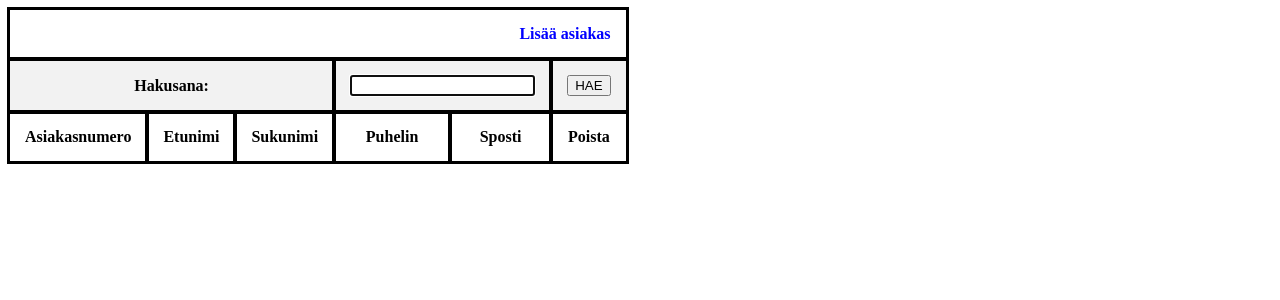
Repository: sstenu/Asiakasohjelma-ajaxilla
Page: http://localhost/FrontBack/listaaasiakkaat.jsp
These files come from the project's save history. The page is drawn as it stood at one moment and after the next save; the edit follows.
The browser window is 1280 px wide. The pictures show the whole page.
The page is served by Tomcat 9. Other server files are loaded and not shown.

Above is the page before, as saved 2021-11-25 16:01:20.

### FrontBack/src/main/webapp/listaaasiakkaat.jsp
<%@ page language="java" contentType="text/html; charset=ISO-8859-1"
    pageEncoding="ISO-8859-1"%>
<!DOCTYPE html>
<html>
<head>
<meta charset="ISO-8859-1">
<link rel="stylesheet" href="css/tyyli.css">
<script src="https://ajax.googleapis.com/ajax/libs/jquery/3.4.1/jquery.min.js"></script>
<title>tehtävä4</title>
</head>
<body>
<table id="listaus">
	<thead>
		<tr>
			<th colspan="6" class="oikealle"><span id="uusiAsiakas">Lisää asiakas</span></th>
		</tr>
		<tr>
			<th colspan="3">Hakusana:</th>
			<th colspan="2"><input type="text" id="hakusana"></th>
			<th><input type="button" value="HAE" id="hakunappi"></th>
		</tr>
		<tr>
			<th>Asiakasnumero</th>
			<th>Etunimi</th>
			<th>Sukunimi</th>
			<th>Puhelin</th>
			<th>Sposti</th>
			<th>Poista</th>
		</tr>
	</thead>
	<tbody>
	</tbody>
</table>
<script>
$(document).ready(function(){

	$("#uusiAsiakas").click(function(){
		document.location="lisaaasiakas.jsp";
	})

	haeAsiakkaat();

	$("#hakunappi").click(function(){
		haeAsiakkaat();
	});

	$(document.body).on("keydown", function(event){
		if(event.which==13){
			haeAsiakkaat();
		}
	});

	$("#hakusana").focus();


function haeAsiakkaat(){
	$("#listaus tbody").empty();
	$.ajax({url:"asiakkaat/"+$("#hakusana").val(),
		type:"GET",
		dataType:"json",
		success:function(result){//Funktio palauttaa tiedot json-objektina
			$.each(result.asiakkaat, function(i, field){
	        	var htmlStr;
	        	htmlStr+="<tr>";
	        	htmlStr+="<td>"+field.asiakasID+"</td>";
	        	htmlStr+="<td>"+field.etunimi+"</td>";
	        	htmlStr+="<td>"+field.sukunimi+"</td>";
	        	htmlStr+="<td>"+field.puhelin+"</td>";
	        	htmlStr+="<td>"+field.sposti+"</td>";
	        	htmlStr+="<td>Poista</td>"
	        	htmlStr+="</tr>";
	        	$("#listaus tbody").append(htmlStr);
	        });
		}
	});
};

})
</script>
</body>
</html>

### FrontBack/src/main/webapp/css/tyyli.css
@charset "ISO-8859-1";

.oikealle{
	text-align:right;
}

th, td {
	outline-style:solid;
	padding: 15px;
}

tr:nth-child(even) {background-color: #f2f2f2;}

#uusiAsiakas, #takaisin {
	color: blue;
	cursor: pointer;
}

### FrontBack/src/main/java/control/Asiakkaat.java
package control;

import java.io.IOException;
import java.io.PrintWriter;
import java.util.ArrayList;
import javax.servlet.ServletException;
import javax.servlet.annotation.WebServlet;
import javax.servlet.http.HttpServlet;
import javax.servlet.http.HttpServletRequest;
import javax.servlet.http.HttpServletResponse;
import org.json.JSONObject;
import model.Asiakas;
import model.dao.Dao;


@WebServlet("/asiakkaat/*")
public class Asiakkaat extends HttpServlet {
	private static final long serialVersionUID = 1L;


    public Asiakkaat() {
        super();
        System.out.println("Asiakkaat.Asiakkaat()");
    }


	protected void doGet(HttpServletRequest request, HttpServletResponse response) throws ServletException, IOException {
		System.out.println("Asiakkaat.doGet()");
		String pathInfo = request.getPathInfo();	//haetaan kutsun polkutiedot, esim. /audi
		System.out.println("polku: "+pathInfo);
		String hakusana = pathInfo.replace("/", "");
		Dao dao = new Dao();
		ArrayList<Asiakas> asiakkaat = dao.listaaKaikki(hakusana);
		System.out.println(asiakkaat);
		String strJSON = new JSONObject().put("asiakkaat", asiakkaat).toString();
		response.setContentType("application/json");
		PrintWriter out = response.getWriter();
		out.println(strJSON);
	}


	protected void doPost(HttpServletRequest request, HttpServletResponse response) throws ServletException, IOException {
		System.out.println("Asiakkaat.doPost()");
		JSONObject jsonObj = new JsonStrToObj().convert(request); //Muutetaan kutsun mukana tuleva json-string json-objektiksi
		Asiakas asiakas = new Asiakas();
		asiakas.setAsiakasID(jsonObj.getInt("asiakasNro"));
		asiakas.setEtunimi(jsonObj.getString("etunimi"));
		asiakas.setSukunimi(jsonObj.getString("sukunimi"));
		asiakas.setPuhelin(jsonObj.getString("puhelin"));
		asiakas.setSposti(jsonObj.getString("sposti"));
		response.setContentType("application/json");
		PrintWriter out = response.getWriter();
		Dao dao = new Dao();
		if(dao.lisaaAsiakas(asiakas)){ //metodi palauttaa true/false
			out.println("{\"response\":1}");  //Asiakkaan lisääminen onnistui {"response":1}
		}else{
			out.println("{\"response\":0}");  //Asiakkaan lisääminen epäonnistui {"response":0}
		}
	}


	protected void doPut(HttpServletRequest request, HttpServletResponse response) throws ServletException, IOException {
		System.out.println("Asiakkaat.doPut()");
	}


	protected void doDelete(HttpServletRequest request, HttpServletResponse response) throws ServletException, IOException {
		System.out.println("Asiakkaat.doDelete()");

	}

}

### FrontBack/src/main/java/model/dao/Dao.java
package model.dao;

import java.sql.Connection;
import java.sql.DriverManager;
import java.sql.PreparedStatement;
import java.sql.ResultSet;
import java.util.ArrayList;
import model.Asiakas;

public class Dao {
	private Connection con=null;
	private ResultSet rs = null;
	private PreparedStatement stmtPrep=null;
	private String sql;
	private String db ="Myynti.sqlite";

	private Connection yhdista(){
    	Connection con = null;
    	String path = System.getProperty("catalina.base");
    	path = path.substring(0, path.indexOf(".metadata")).replace("\\", "/"); //Eclipsessa
    	//path += "/webapps/"; //Tuotannossa. Laita tietokanta webapps-kansioon
    	String url = "jdbc:sqlite:"+path+db;
    	try {
    		Class.forName("org.sqlite.JDBC");
	        con = DriverManager.getConnection(url);
	        System.out.println("Yhteys avattu.");
	     }catch (Exception e){
	    	 System.out.println("Yhteyden avaus epäonnistui.");
	        e.printStackTrace();
	     }
	     return con;
	}

	public ArrayList<Asiakas> listaaKaikki(){
		ArrayList<Asiakas> asiakkaat = new ArrayList<Asiakas>();
		sql = "SELECT * FROM asiakkaat";
		try {
			con=yhdista();
			if(con!=null){ //jos yhteys onnistui
				stmtPrep = con.prepareStatement(sql);
        		rs = stmtPrep.executeQuery();
				if(rs!=null){ //jos kysely onnistui
					//con.close();
					while(rs.next()){
						Asiakas asiakas = new Asiakas();
						asiakas.setAsiakasID(rs.getInt(1));
						asiakas.setEtunimi(rs.getString(2));
						asiakas.setSukunimi(rs.getString(3));
						asiakas.setPuhelin(rs.getString(4));
						asiakas.setSposti(rs.getString(5));
						asiakkaat.add(asiakas);
					}
				}
			}
			con.close();
		} catch (Exception e) {
			e.printStackTrace();
		}
		return asiakkaat;
	}

	public ArrayList<Asiakas> listaaKaikki(String hakusana){
		ArrayList<Asiakas> asiakkaat = new ArrayList<Asiakas>();
		sql = "SELECT * FROM asiakkaat WHERE etunimi LIKE ? or sukunimi LIKE ? or puhelin LIKE ? or sposti LIKE ?";
		try {
			con=yhdista();
			if(con!=null){ //jos yhteys onnistui
				stmtPrep = con.prepareStatement(sql);
				stmtPrep.setString(1, "%" + hakusana + "%");
				stmtPrep.setString(2, "%" + hakusana + "%");
				stmtPrep.setString(3, "%" + hakusana + "%");
				stmtPrep.setString(4, "%" + hakusana + "%");
        		rs = stmtPrep.executeQuery();
				if(rs!=null){ //jos kysely onnistui
					//con.close();
					while(rs.next()){
						Asiakas asiakas = new Asiakas();
						asiakas.setAsiakasID(rs.getInt(1));
						asiakas.setEtunimi(rs.getString(2));
						asiakas.setSukunimi(rs.getString(3));
						asiakas.setPuhelin(rs.getString(4));
						asiakas.setSposti(rs.getString(5));
						asiakkaat.add(asiakas);
					}
				}
			}
			con.close();
		} catch (Exception e) {
			e.printStackTrace();
		}
		return asiakkaat;
	}

	public boolean lisaaAsiakas(Asiakas asiakas) {
		boolean paluuArvo=true;
		sql="INSERT INTO asiakkaat VALUES(?,?,?,?,?)";
		try {
			con = yhdista();
			stmtPrep=con.prepareStatement(sql);
			stmtPrep.setInt(1, asiakas.getAsiakasID());
			stmtPrep.setString(2, asiakas.getEtunimi());
			stmtPrep.setString(3, asiakas.getSukunimi());
			stmtPrep.setString(4, asiakas.getPuhelin());
			stmtPrep.setString(5, asiakas.getSposti());
			stmtPrep.executeUpdate();
	        con.close();
		} catch (Exception e) {
			e.printStackTrace();
			paluuArvo=false;
		}
		return paluuArvo;
	}
}

After the next save:
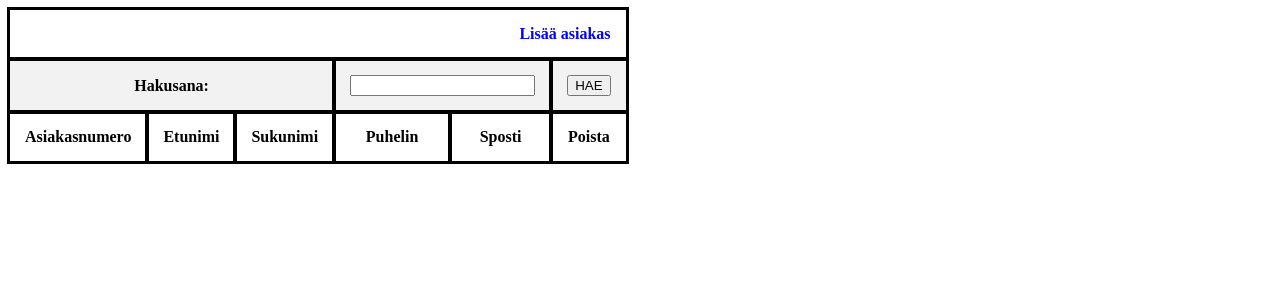
Console error: SyntaxError: Unexpected string
Saved 7 min 15 s later.
--- a/FrontBack/src/main/webapp/listaaasiakkaat.jsp
+++ b/FrontBack/src/main/webapp/listaaasiakkaat.jsp
@@ -67,7 +67,7 @@
 	        	htmlStr+="<td>"+field.sukunimi+"</td>";
 	        	htmlStr+="<td>"+field.puhelin+"</td>";
 	        	htmlStr+="<td>"+field.sposti+"</td>";
-	        	htmlStr+="<td>Poista</td>"
+	        	htmlStr+="<td><span class='poista' onclick=poista('"+field.asiakasID"')>Poista</span></td>"
 	        	htmlStr+="</tr>";
 	        	$("#listaus tbody").append(htmlStr);
 	        });
@@ -75,6 +75,10 @@
 	});
 };
 
+function poista(asiakasID){
+	console.log(asiakasID);
+}
+
 })
 </script>
 </body>

After the 3 saves that followed:
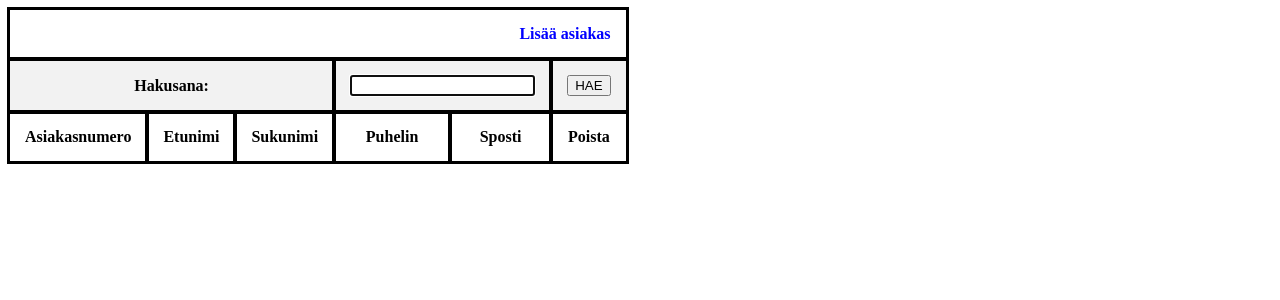
The error is gone.
The 3 saves are shown as one change because 2 left the picture as it was.
The last was saved 6 min 7 s later.
--- a/FrontBack/src/main/webapp/listaaasiakkaat.jsp
+++ b/FrontBack/src/main/webapp/listaaasiakkaat.jsp
@@ -67,7 +67,7 @@
 	        	htmlStr+="<td>"+field.sukunimi+"</td>";
 	        	htmlStr+="<td>"+field.puhelin+"</td>";
 	        	htmlStr+="<td>"+field.sposti+"</td>";
-	        	htmlStr+="<td><span class='poista' onclick=poista('"+field.asiakasID"')>Poista</span></td>"
+	        	htmlStr+="<td><span class='poista' onclick=poista('"+field.asiakasID+"')>Poista</span></td>";
 	        	htmlStr+="</tr>";
 	        	$("#listaus tbody").append(htmlStr);
 	        });
@@ -76,7 +76,17 @@
 };
 
 function poista(asiakasID){
-	console.log(asiakasID);
+	if(confirm("Poista auto" + asiakasID + "?")){
+		$.ajax({url:"asiakkaat/"+asiakasID, type:"DELETE", dataType:"json", success:function(result) { //result on joko {"response:1"} tai {"response:0"}
+	        if(result.response==0){
+	        	$("#ilmo").html("Asiakkaan poisto epäonnistui.");
+	        }else if(result.response==1){
+	        	$("#rivi_"+asiakasID).css("background-color", "red"); //Värjätään poistetun asiakkaan rivi
+	        	alert("Asiakkaan " + asiakasID +" poisto onnistui.");
+				haeAsiakkaat();
+			}
+	    }});
+	}
 }
 
 })
--- a/FrontBack/src/main/java/control/Asiakkaat.java
+++ b/FrontBack/src/main/java/control/Asiakkaat.java
@@ -66,6 +66,9 @@ public class Asiakkaat extends HttpServlet {
 
 	protected void doDelete(HttpServletRequest request, HttpServletResponse response) throws ServletException, IOException {
 		System.out.println("Asiakkaat.doDelete()");
+		String pathInfo = request.getPathInfo();	//haetaan kutsun polkutiedot, esim. /audi
+		System.out.println("polku: "+pathInfo);
+		String hakusana = pathInfo.replace("/", "");
 
 	}
 
